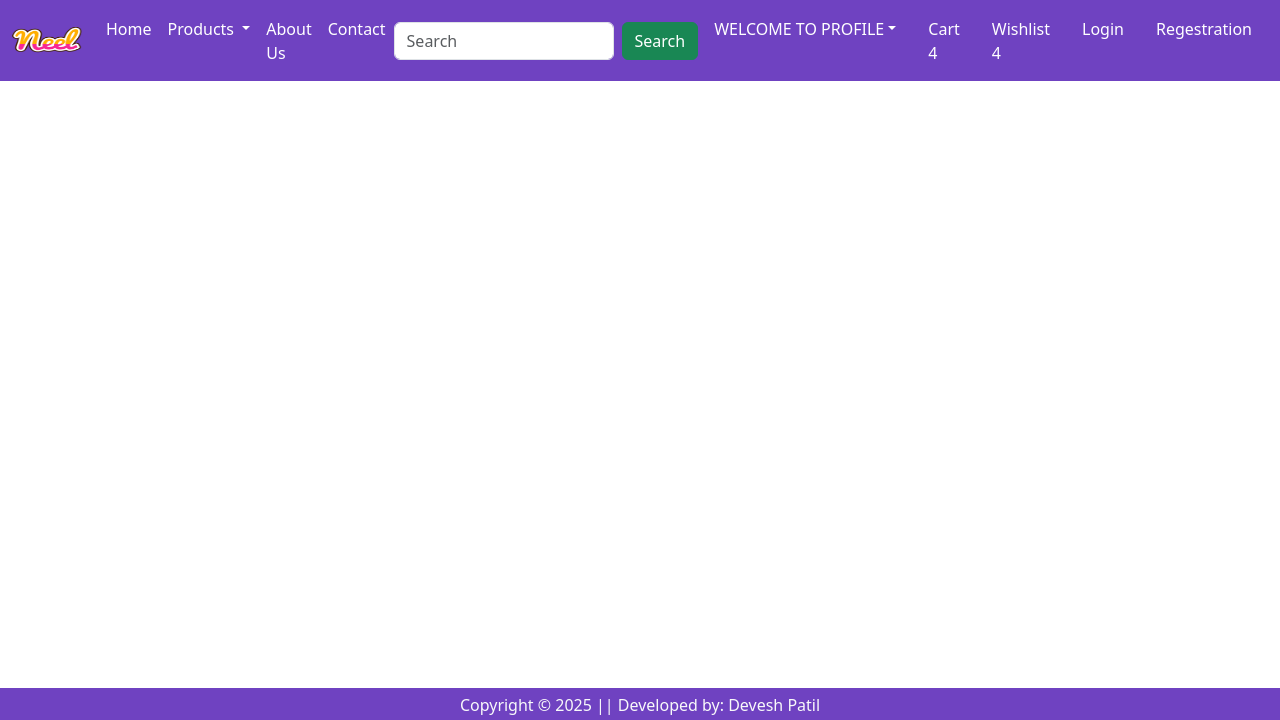
Repository: DeveshPatill/mydjango
Page: http://localhost/registration/
The author's editor kept a copy of each file at every save. The page is drawn from the files as they stood at one save, then again after the next save.
The browser window is 1280 px wide. The pictures show the whole page.
The page is served by the project's application, run on Django 5.2 (ec/manage.py). Other server files are loaded and not shown.

Above is the page before, as saved 2025-03-23 22:39:52.

### ec/app/templates/app/customerregistration.html
{% extends 'app/base.html' %}
{% load static %}
{% block title %}Customer Registration{% endblock title %}



{% block main-content %}
<div class="container">
    <div class="row">
        <div class="col-sm-6 offset-sm-3"></div>

    </div>
</div>

{% endblock main-content %}

### ec/app/templates/app/base.html
<!DOCTYPE html>
{% load static %}
<html lang="en">
<head>
    <meta charset="UTF-8">
    <meta http-equiv="X-UA-Compatible" content="IE=edge">
    <meta name="viewport" content="width=device-width, initial-scale=1.0">

    <link href="https://cdn.jsdelivr.net/npm/bootstrap@5.3.3/dist/css/bootstrap.min.css" rel="stylesheet" integrity="sha384-QWTKZyjpPEjISv5WaRU9OFeRpok6YctnYmDr5pNlyT2bRjXh0JMhjY6hW+ALEwIH" crossorigin="anonymous">

    <link rel="stylesheet" href="{% static 'app/css/owl.carousel.min.css' %}" />
    <link rel="stylesheet" href="{% static 'app/css/all.min.css' %}" />
    <link rel="stylesheet" href="{% static 'app/css/style.css' %}" />

    <title> Dairy Products | {% block title %} {% endblock title %} </title>
</head>
<body>
    <nav class="navbar navbar-expand-lg navbar-dark" style="background-color: #6f42c1;">
        <div class="container-fluid">
          <a class="navbar-brand" href="/">
            <img src="{% static 'app/images/product/Neel.png' %}" width="70px" height="55px" />
          </a>
          <button class="navbar-toggler" type="button" data-bs-toggle="collapse" data-bs-target="#navbarSupportedContent" aria-controls="navbarSupportedContent" aria-expanded="false" aria-label="Toggle navigation">
            <span class="navbar-toggler-icon"></span>
          </button>
          <div class="collapse navbar-collapse" id="navbarSupportedContent">
            <ul class="navbar-nav me-auto mb-2 mb-lg-0">
              <li class="nav-item">
                <a class="nav-link active" aria-current="page" href="/">Home</a>
              </li>
              <li class="nav-item dropdown">
                <a class="nav-link dropdown-toggle text-white" href="#" role="button" data-bs-toggle="dropdown" aria-expanded="false">
                  Products
                </a>
                <ul class="dropdown-menu">
                  <li><a class="dropdown-item" href="{% url 'category' 'ML' %}">Milk</a></li>
                  <li><a class="dropdown-item" href="{% url 'category' 'CR' %}">Curd</a></li>
                  <li><a class="dropdown-item" href="{% url 'category' 'MS' %}">MilkShake</a></li>
                  <li><a class="dropdown-item" href="{% url 'category' 'LS' %}">Lassi</a></li>
                  <li><a class="dropdown-item" href="{% url 'category' 'GH' %}">Ghee</a></li>
                  <li><a class="dropdown-item" href="{% url 'category' 'PN' %}">Paneer</a></li>
                  <li><a class="dropdown-item" href="{% url 'category' 'CZ' %}">Cheese</a></li>
                  <li><a class="dropdown-item" href="{% url 'category' 'IC' %}">Ice-Cream</a></li>

                </ul>
              </li>
              <li class="nav-item">
                <a class="nav-link text-white" href="{% url 'about'  %}">About Us</a>
              </li>
              <li class="nav-item">
                <a class="nav-link text-white" href="{% url 'contact'  %}">Contact</a>
              </li>

            </ul>
            <form class="d-flex" role="search">
              <input class="form-control me-2" type="search" placeholder="Search" aria-label="Search">
              <button class="btn btn-success" type="submit">Search</button>
            </form>
          </div>
          <ul class="navbar-nav me-auto mb-2 mb-lg-0">
            <li class="nav-item dropdown mx-2">
                <a class="nav-link dropdown-toggle text-white" href="#" id="profileDropdown" role="button" data-bs-toggle="dropdown" aria-expanded="false">WELCOME TO PROFILE</a>
                <ul class="dropdown-menu" aria-labelledby="profileDropdown">
                    <li><a class="dropdown-item" href="#">Profile</a></li>
                    <li><a class="dropdown-item" href="#">Orders</a></li>
                    <li><a class="dropdown-item" href="#">Change Password</a></li>
                    <li><a class="dropdown-item" href="#">Logout</a></li>
                </ul>
            </li>
            <li class="nav-item mx-2">
                <a href="#" class="nav-link text-white">Cart 4</a>
            </li>
            <li class="nav-item mx-2">
                <a href="#" class="nav-link text-white">Wishlist 4</a>
            </li>
            <li class="nav-item mx-2">
                <a href="#" class="nav-link text-white">Login</a>
            </li>
            <li class="nav-item mx-2">
                <a href="{% url 'customerregistration' %}" class="nav-link text-white">Regestration</a>
            </li>

          </ul>
        </div>
      </nav>
      {% block banner-slider %}{% endblock banner-slider %}

      {% block information %}{% endblock information %}

      {% block main-content %}{% endblock main-content %}

    <footer class="text-center text-light py-3 fixed-bottom" style="background-color: #6f42c1; height: 5px; line-height: 2px;">
        Copyright © 2025 || Developed by: Devesh Patil
    </footer>






    <script src="https://cdn.jsdelivr.net/npm/@popperjs/core@2.11.8/dist/umd/popper.min.js" integrity="sha384-I7E8VVD/ismYTF4hNIPjVp/Zjvgyol6VFvRkX/vR+Vc4jQkC+hVqc2pM8ODewa9r" crossorigin="anonymous"></script>
    <script src="https://cdn.jsdelivr.net/npm/bootstrap@5.3.3/dist/js/bootstrap.min.js" integrity="sha384-0pUGZvbkm6XF6gxjEnlmuGrJXVbNuzT9qBBavbLwCsOGabYfZo0T0to5eqruptLy" crossorigin="anonymous"></script>

    <script src=https://cdnjs.cloudflare.com/ajax/libs/jquery/3.7.1/jquery.min.js></script>


    <script script="{% static 'app/js/owl.carousel.min.js' %}"></script>
    <script script="{% static 'app/js/all.min.js' %}"></script>
    <script script="{% static 'app/js/myscript.js' %}"></script>

</body>
</html>

### ec/app/forms.py
from django import forms
from django.contrib.auth.forms import UserCreationForm


class CustomerRegistrationForm(UserCreationForm):
    username=forms.CharField(widget=forms.TextInput(attrs={'autofocus':True,'class':"form-control"}))
    email=forms.CharField(widget=forms.EmailInput(attrs={'class':'form-control'}))
    password1=forms.CharField(label='Password',widget=forms.PasswordInput(attrs={'class':'form-control'}))
    password2=forms.CharField(label='Confirm Password',widget=forms.PasswordInput(attrs={'class':'form-control'}))

### ec/app/views.py
from django.shortcuts import render
from django.http import HttpResponse
from django.views import View
from urllib import request
from . models import Product
from django.db.models import Count
from . forms import CustomerRegistrationForm

# Create your views here.
def home(request):
    return render(request,"app/home.html")

def about(request):
    return render(request,"app/about.html")

def contact(request):
    return render(request,"app/contact.html")


class CategoryView(View):
    def get(self,request,val):
        product = Product.objects.filter(category=val)
        title=Product.objects.filter(category=val).values('title')
        return render(request,"app/category.html",locals())

class CategoryTitle(View):
    def get(self,request,val):
        product = Product.objects.filter(title=val)
        title = Product.objects.filter(category=product[0].category).values('title')
        return render(request,"app/category.html",locals())


class ProductDetail(View):
    def get(self,request,pk):
        product = Product.objects.get(pk=pk)
        return render(request,"app/productdetail.html",locals())


class CustomerRegistrationView(View):
    def get(self,request):
        form = CustomerRegistrationForm()
        return render(request,'app/customerregistration.html',locals())

### ec/ec/urls.py
"""
URL configuration for ec project.

The `urlpatterns` list routes URLs to views. For more information please see:
    https://docs.djangoproject.com/en/5.1/topics/http/urls/
Examples:
Function views
    1. Add an import:  from my_app import views
    2. Add a URL to urlpatterns:  path('', views.home, name='home')
Class-based views
    1. Add an import:  from other_app.views import Home
    2. Add a URL to urlpatterns:  path('', Home.as_view(), name='home')
Including another URLconf
    1. Import the include() function: from django.urls import include, path
    2. Add a URL to urlpatterns:  path('blog/', include('blog.urls'))
"""

from django.contrib import admin
from django.urls import path,include

urlpatterns = [
    path("admin/", admin.site.urls),
    path("", include("app.urls")),

]

### ec/app/urls.py
from django.urls import path
from .import views
from django.conf import settings
from django.conf.urls.static import static

urlpatterns = [
    path("",views.home),
    path("about/",views.about,name="about"),
    path("contact/",views.contact,name="contact"),
    path("category/<slug:val>",views.CategoryView.as_view(),name="category"),
    path("category-title/<val>",views.CategoryTitle.as_view(),name='category-title'),
    path("product-detail/<int:pk>",views.ProductDetail.as_view(),name="product-detail"),

    #login authentication
    path('registration/',views.CustomerRegistrationView.as_view(),name='customerregistration')
]+static(settings.MEDIA_URL,document_root=settings.MEDIA_ROOT)

### ec/app/static/app/css/style.css
.owl-carousel .item{
 /* border: 1px solid black; */
 font-size: 24px;
 text-align: center;
 margin-top: 20px;
 transition: transform .5s ease;
}

 .owl-carousel .item:hover{
    /* border: 1px solid black; */
    transform : scale(1.1);
}

/* .owl-carousel img{
    transition: transform .5s ease;
  }
 .owl-carousel img:hover{

    transform : scale(1.25);
} */

.owl-next{
 float:right;
}
.owl-prev{
 float:left;
}
.owl-prev span{
 font-size: 24px;
 font-weight: bold;
}
.owl-next span{
 font-size: 24px;
 font-weight: bold;
}




.buttermilk{
    background-color:#fff;background-image:linear-gradient(#fff7ef, #fff);
    background-image:-webkit-linear-gradient(#fff7ef, #fff);
    background-image:-moz-linear-gradient(#fff7ef, #fff);
    background-image:-ms-linear-gradient(#fff7ef, #fff);
    background-image:-o-linear-gradient(#fff7ef, #fff);
    padding:50px 40px;
    border:1px solid #efe8e1;
    padding-bottom:20px;
}

.smbg{
    background-color:#fff;
    background-image:linear-gradient(rgba(110, 69, 143, 0.1), #fff);
    background-image:-webkit-linear-gradient(rgba(110, 69, 143, 0.1), #fff);
    background-image:-moz-linear-gradient(rgba(110, 69, 143, 0.1), #fff);
    background-image:-ms-linear-gradient(rgba(110, 69, 143, 0.1), #fff);
    background-image:-o-linear-gradient(rgba(110, 69, 143, 0.1), #fff);
}

.curdbgpro{
    background-color:#fff;
    background-image:linear-gradient(rgba(10, 77, 123, 0.1), #fff);
    background-image:-webkit-linear-gradient(rgba(10, 77, 123, 0.1), #fff);
    background-image:-moz-linear-gradient(rgba(10, 77, 123, 0.1), #fff);
    background-image:-ms-linear-gradient(rgba(10, 77, 123, 0.1), #fff);
    background-image:-o-linear-gradient(rgba(10, 77, 123, 0.1), #fff);
}

.goodnessseccont img{
    width:100%;
}

.mlkpro{
    color:#636362;
    font-size:22px;
    line-height:22px;
    margin-bottom:15px;
    width:43%;
    margin:0 auto;
    text-align:center;

}

.goodnesssec a{
    text-decoration: none;
}


/*
body {
    padding-bottom: 80px; /* Adjust this value based on footer height
}*/

Loaded but not shown: ec/app/static/app/css/owl.carousel.min.css (library); ec/app/static/app/css/all.min.css (library)

After the next save:
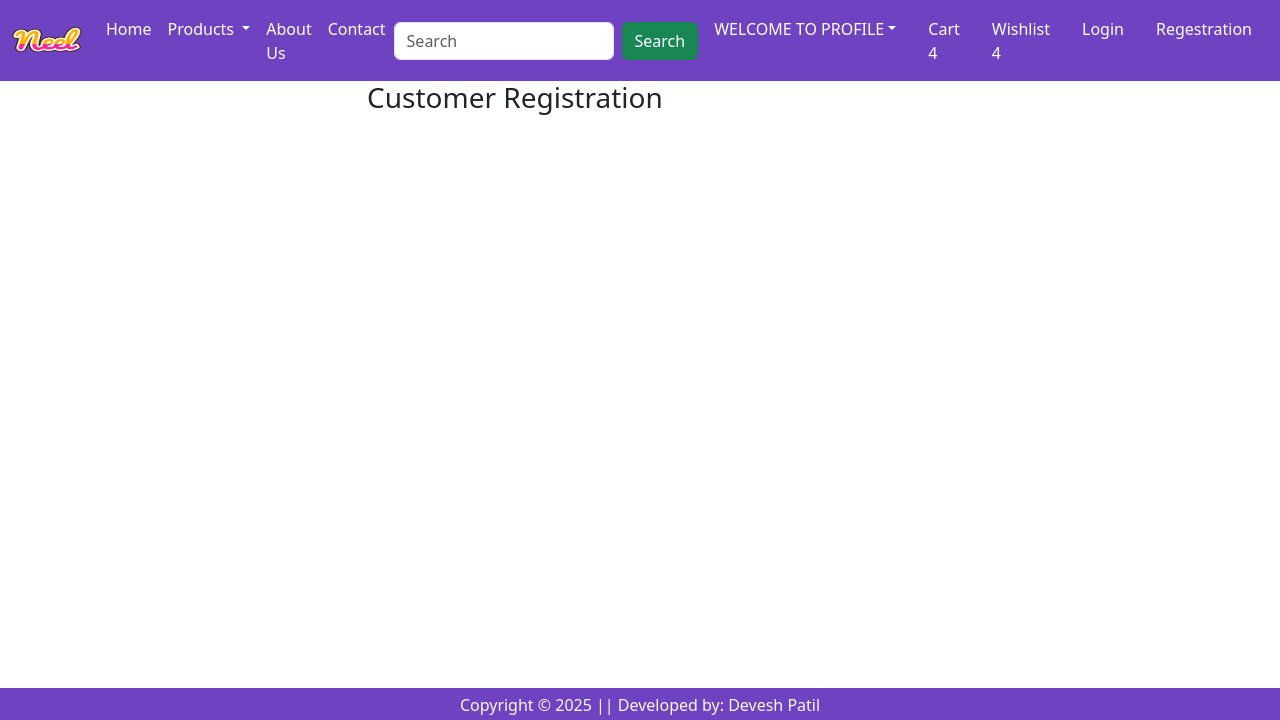
Saved 16 s later.
--- a/ec/app/templates/app/customerregistration.html
+++ b/ec/app/templates/app/customerregistration.html
@@ -7,7 +7,9 @@
 {% block main-content %}
 <div class="container">
     <div class="row">
-        <div class="col-sm-6 offset-sm-3"></div>
+        <div class="col-sm-6 offset-sm-3">
+            <h3>Customer Registration</h3>
+        </div>
 
     </div>
 </div>
